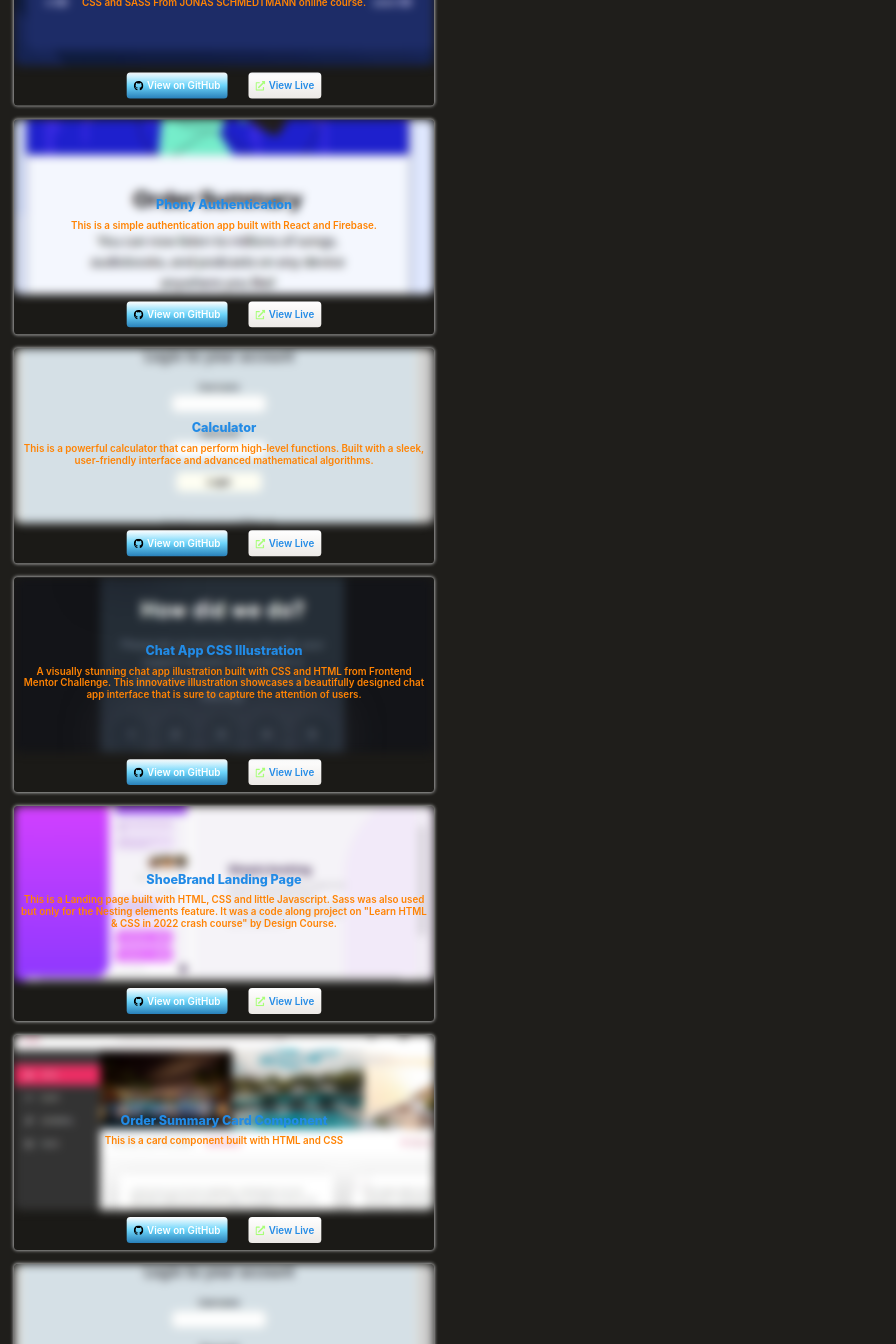
Repository: MikkyPrestige/portfolio
Page: /projects
An editor plug-in stored every save of this project. The page is shown before and after the next save, followed by the edit.
The browser window is 1280 px wide. The pictures show the part of the page from y = 1892 to 3812 px (the page is 4351 px tall), at 70% of full size.
The project was rebuilt for these pictures with package versions that can differ from the ones it lists, and the page was loaded fresh each time. Also part of the build but not shown: src/components/avatar.jsx, src/components/home.jsx, src/components/about.jsx, src/components/fallback.jsx.

Above is the page before, as saved 2023-02-21 20:27:46.

### public/index.html
<!DOCTYPE html>
<html lang="en">
  <head>
    <meta charset="utf-8" />
    <link rel="icon" href="%PUBLIC_URL%/favicon.ico" />
    <meta name="viewport" content="width=device-width, initial-scale=1" />
    <meta name="theme-color" content="#000000" />
    <meta
      name="description"
      content="Web site created using create-react-app"
    />
    <link rel="apple-touch-icon" href="%PUBLIC_URL%/logo192.png" />
    <!--
      manifest.json provides metadata used when your web app is installed on a
      user's mobile device or desktop. See https://developers.google.com/web/fundamentals/web-app-manifest/
    -->
    <link rel="manifest" href="%PUBLIC_URL%/manifest.json" />
    <!--
      Notice the use of %PUBLIC_URL% in the tags above.
      It will be replaced with the URL of the `public` folder during the build.
      Only files inside the `public` folder can be referenced from the HTML.

      Unlike "/favicon.ico" or "favicon.ico", "%PUBLIC_URL%/favicon.ico" will
      work correctly both with client-side routing and a non-root public URL.
      Learn how to configure a non-root public URL by running `npm run build`.
    -->
    <title>Elue Michael Portfolio</title>
  </head>
  <body>
    <noscript>You need to enable JavaScript to run this app.</noscript>
    <div id="root"></div>
    <!--
      This HTML file is a template.
      If you open it directly in the browser, you will see an empty page.

      You can add webfonts, meta tags, or analytics to this file.
      The build step will place the bundled scripts into the <body> tag.

      To begin the development, run `npm start` or `yarn start`.
      To create a production bundle, use `npm run build` or `yarn build`.
    -->
  </body>
</html>

### src/assets/styles/sass/main.scss
@import 'abstracts/variables';
@import 'base/utilities';
@import 'base/base';
@import 'layouts/header';
@import 'pages/home';
@import 'pages/about';
@import 'pages/projects';
@import 'base/animation';

// @media (prefers-reduced-motion: no-preference) {
//   .App-logo {
//     animation: App-logo-spin infinite 20s linear;
//   }
// }

// @keyframes App-logo-spin {
//   from {
//     transform: rotate(0deg);
//   }
//   to {
//     transform: rotate(360deg);
//   }
// }

### src/components/projects.jsx
import { Link } from "react-router-dom";
import { FaGithub } from "react-icons/fa";
import { FaExternalLinkAlt } from "react-icons/fa";

const Projects = () => {
  return (
    <div className="project">
      <h1 className="project--title">My Works</h1>
      <div className="project--wrapper">
        <div className="project--card">
          <div className="project--card__blur project--card__blur-1"></div>
          <div className="project--card__content">
            <h2 className="project--card__content__title">GitHub Repository App</h2>
            <p className="project--card__content__desc">
            This is a React-based web app that utilizes the GitHub API to showcase a user's repositories. With its sleek and intuitive interface, this app allows users to easily view all of their repositories in one place, including details such as the name, description, and number of stars.
            </p>
          </div>
          <div className="project--card__links">
            <Link
              to={{ pathname: "https://github.com/MeekyBerry/RandomPeopleApp" }}
              target="_blank"
              className="project--card__links__link github-link-bg"
            >
              <FaGithub style={{ color: "#000"}} />
              View on GitHub
            </Link>
            <Link
              to={{ pathname: "https://randompeopleapp.vercel.app" }}
              target="_blank"
              className="project--card__links__link live-link-bg blue-markup"
            >
              <FaExternalLinkAlt style={{ color: "#a8ff78"}} />
              View Live
            </Link>
          </div>
        </div>
        <div className="project--card">
          <div className="project--card__blur project--card__blur-2"></div>
          <div className="project--card__content">
            <h2 className="project--card__content__title">Phonie App</h2>
            <p className="project--card__content__desc">
              The Phonie Project is a web-based application created by the team
              "Phantom_Devz" that determines the telecom carrier based on a
              phone number entered by the user
            </p>
          </div>
          <div className="project--card__links">
            <Link
              to={{
                pathname:
                  "https://github.com/MeekyBerry/Phonie-project-Phantom_Devz",
              }}
              target="_blank"
              className="project--card__links__link github-link-bg"
            >
              <FaGithub style={{ color: "#000"}} />
              View on GitHub
            </Link>
            <Link
              to={{ pathname: "https://phantom-devz-phonie.netlify.app/" }}
              target="_blank"
              className="project--card__links__link live-link-bg blue-markup"
            >
              <FaExternalLinkAlt style={{ color: "#a8ff78"}} />
              View Live
            </Link>
          </div>
        </div>
        <div className="project--card">
          <div className="project--card__blur project--card__blur-3"></div>
          <div className="project--card__content">
            <h2 className="project--card__content__title">
              RandomPeopleApp
            </h2>
            <p className="project--card__content__desc">
            This is a web app that uses firebase authentication and displays
              random people data generated from randomuser API. (built with
              React).
            </p>
          </div>
          <div className="project--card__links">
            <Link
              to={{
                pathname:
                  "https://github.com/MeekyBerry/Frontend-Mentor-challenges/tree/main/chat-app-css-illustration",
              }}
              target="_blank"
              className="project--card__links__link github-link-bg"
            >
              <FaGithub style={{ color: "#000"}} />
              View on GitHub
            </Link>
            <Link
              to={{ pathname: "https://chat-app-css-project.netlify.app/" }}
              target="_blank"
              className="project--card__links__link live-link-bg blue-markup"
            >
              <FaExternalLinkAlt style={{ color: "#a8ff78"}} />
              View Live
            </Link>
          </div>
        </div>
        <div className="project--card">
          <div className="project--card__blur project--card__blur-4"></div>
          <div className="project--card__content">
            <h2 className="project--card__content__title">
              Interactive Rating Component
            </h2>
            <p className="project--card__content__desc">
            An interactive rating component built with HTML, CSS, and JavaScript. This is a small project to practice handling user interactions and updating the DOM.
            </p>
          </div>
          <div className="project--card__links">
            <Link
              to={{
                pathname:
                  "https://github.com/MeekyBerry/Advanced-CSS-Sass-Course-Projects/tree/master/Natours-project",
              }}
              target="_blank"
              className="project--card__links__link github-link-bg"
            >
              <FaGithub style={{ color: "#000"}} />
              View on GitHub
            </Link>
            <Link
              to={{ pathname: "https://natour-landing-page.netlify.app/" }}
              target="_blank"
              className="project--card__links__link live-link-bg blue-markup"
            >
              <FaExternalLinkAlt style={{ color: "#a8ff78"}} />
              View Live
            </Link>
          </div>
        </div>
        <div className="project--card">
          <div className="project--card__blur project--card__blur-5"></div>
          <div className="project--card__content">
            <h2 className="project--card__content__title">
              Natours Landing Page
            </h2>
            <p className="project--card__content__desc">
            This is a landing page for a fictional company called Natours. It
              was built with HTML, CSS and SASS From JONAS SCHMEDTMANN online course.
            </p>
          </div>
          <div className="project--card__links">
            <Link
              to={{
                pathname:
                  "https://github.com/MeekyBerry/exam-project-altschoolafrica",
              }}
              target="_blank"
              className="project--card__links__link github-link-bg"
            >
              <FaGithub style={{ color: "#000"}} />
              View on GitHub
            </Link>
            <Link
              to={{ pathname: "https://github-repos-display.vercel.app/" }}
              target="_blank"
              className="project--card__links__link live-link-bg blue-markup"
            >
              <FaExternalLinkAlt style={{ color: "#a8ff78"}} />
              View Live
            </Link>
          </div>
        </div>
        <div className="project--card">
          <div className="project--card__blur project--card__blur-6"></div>
          <div className="project--card__content">
            <h2 className="project--card__content__title">
              Trillo Landing Page
            </h2>
            <p className="project--card__content__desc">
              This is a landing page for a fictional company called Trillo. It
              was built with HTML, CSS and SASS From JONAS SCHMEDTMANN online course.
            </p>
          </div>
          <div className="project--card__links">
            <Link
              to={{
                pathname:
                  "https://github.com/MeekyBerry/Advanced-CSS-Sass-Course-Projects/tree/master/Trillow-project",
              }}
              target="_blank"
              className="project--card__links__link github-link-bg"
            >
              <FaGithub style={{ color: "#000"}} />
              View on GitHub
            </Link>
            <Link
              to={{
                pathname: "https://fantastic-crostata-3e9a02.netlify.app/",
              }}
              target="_blank"
              className="project--card__links__link live-link-bg blue-markup"
            >
              <FaExternalLinkAlt style={{ color: "#a8ff78"}} />
              View Live
            </Link>
          </div>
        </div>
        <div className="project--card">
          <div className="project--card__blur project--card__blur-7"></div>
          <div className="project--card__content">
            <h2 className="project--card__content__title">
              Phony Authentication
            </h2>
            <p className="project--card__content__desc">
              This is a simple authentication app built with React and Firebase.
            </p>
          </div>
          <div className="project--card__links">
            <Link
              to={{
                pathname:
                  "https://github.com/MeekyBerry/fake-user-authentication",
              }}
              target="_blank"
              className="project--card__links__link github-link-bg"
            >
              <FaGithub style={{ color: "#000"}} />
              View on GitHub
            </Link>
            <Link
              to={{ pathname: "https://fake-auth.vercel.app/" }}
              target="_blank"
              className="project--card__links__link live-link-bg blue-markup"
            >
              <FaExternalLinkAlt style={{ color: "#a8ff78"}} />
              View Live
            </Link>
          </div>
        </div>
        <div className="project--card">
          <div className="project--card__blur project--card__blur-8"></div>
          <div className="project--card__content">
            <h2 className="project--card__content__title">Calculator</h2>
            <p className="project--card__content__desc">
            This is a powerful calculator that can perform high-level functions. Built with a sleek, user-friendly interface and advanced mathematical algorithms.
            </p>
          </div>
          <div className="project--card__links">
            <Link
              to={{ pathname: "https://github.com/MeekyBerry/calculator" }}
              target="_blank"
              className="project--card__links__link github-link-bg"
            >
              <FaGithub style={{ color: "#000"}} />
              View on GitHub
            </Link>
            <Link
              to={{ pathname: "https://calculator-omega-murex.vercel.app/" }}
              target="_blank"
              className="project--card__links__link live-link-bg blue-markup"
            >
              <FaExternalLinkAlt style={{ color: "#a8ff78"}} />
              View Live
            </Link>
          </div>
        </div>
        <div className="project--card">
          <div className="project--card__blur project--card__blur-9"></div>
          <div className="project--card__content">
            <h2 className="project--card__content__title">
            Chat App CSS Illustration
            </h2>
            <p className="project--card__content__desc">
            A visually stunning chat app illustration built with CSS and HTML from Frontend Mentor Challenge. This innovative illustration showcases a beautifully designed chat app interface that is sure to capture the attention of users.
            </p>
          </div>
          <div className="project--card__links">
            <Link
              to={{
                pathname:
                  "https://github.com/MeekyBerry/Frontend-Mentor-challenges/tree/main/interactive-rating-component",
              }}
              target="_blank"
              className="project--card__links__link github-link-bg"
            >
              <FaGithub style={{ color: "#000"}} />
              View on GitHub
            </Link>
            <Link
              to={{
                pathname:
                  "https://interactive-ratings-component-project.netlify.app/",
              }}
              target="_blank"
              className="project--card__links__link live-link-bg blue-markup"
            >
              <FaExternalLinkAlt style={{ color: "#a8ff78"}} />
              View Live
            </Link>
          </div>
        </div>
        <div className="project--card">
          <div className="project--card__blur project--card__blur-10"></div>
          <div className="project--card__content">
            <h2 className="project--card__content__title">
              ShoeBrand Landing Page
            </h2>
            <p className="project--card__content__desc">
            This is a Landing page built with HTML, CSS and little Javascript. Sass was also used but only for the Nesting elements feature. It was a code along project on "Learn HTML & CSS in 2022 crash course" by Design Course.
            </p>
          </div>
          <div className="project--card__links">
            <Link
              to={{
                pathname:
                  "https://github.com/MeekyBerry/Frontend-Mentor-challenges/tree/main/fylo-data-store-layout",
              }}
              target="_blank"
              className="project--card__links__link github-link-bg"
            >
              <FaGithub style={{ color: "#000"}} />
              View on GitHub
            </Link>
            <Link
              to={{ pathname: "https://fylo-data-store-layout.netlify.app/" }}
              target="_blank"
              className="project--card__links__link live-link-bg blue-markup"
            >
              <FaExternalLinkAlt style={{ color: "#a8ff78"}} />
              View Live
            </Link>
          </div>
        </div>
        <div className="project--card">
          <div className="project--card__blur project--card__blur-11"></div>
          <div className="project--card__content">
            <h2 className="project--card__content__title">
              Order Summary Card Component
            </h2>
            <p className="project--card__content__desc">
              This is a card component built with HTML and CSS
            </p>
          </div>
          <div className="project--card__links">
            <Link
              to={{
                pathname:
                  "https://github.com/MeekyBerry/Frontend-Mentor-challenges/tree/main/order-summary-card-component",
              }}
              target="_blank"
              className="project--card__links__link github-link-bg"
            >
              <FaGithub style={{ color: "#000"}} />
              View on GitHub
            </Link>
            <Link
              to={{
                pathname: "https://order-summary-card-project.netlify.app/",
              }}
              target="_blank"
              className="project--card__links__link live-link-bg blue-markup"
            >
              <FaExternalLinkAlt style={{ color: "#a8ff78"}} />
              View Live
            </Link>
          </div>
        </div>
        <div className="project--card">
          <div className="project--card__blur project--card__blur-13"></div>
          <div className="project--card__content">
            <h2 className="project--card__content__title">
              Stats Preview Card Component
            </h2>
            <p className="project--card__content__desc">
              This is a card component built with HTML and CSS
            </p>
          </div>
          <div className="project--card__links">
            <Link
              to={{
                pathname:
                  "https://github.com/MeekyBerry/Frontend-Mentor-challenges/tree/main/stats-preview-card-compo",
              }}
              target="_blank"
              className="project--card__links__link github-link-bg"
            >
              <FaGithub style={{ color: "#000"}} />
              View on GitHub
            </Link>
            <Link
              to={{
                pathname: "https://stats-preview-card-project.netlify.app/",
              }}
              target="_blank"
              className="project--card__links__link live-link-bg blue-markup"
            >
              <FaExternalLinkAlt style={{ color: "#a8ff78"}} />
              View Live
            </Link>
          </div>
        </div>
        <div className="project--card">
          <div className="project--card__blur project--card__blur-14"></div>
          <div className="project--card__content">
            <h2 className="project--card__content__title">
              Shoe Brand Landing Page
            </h2>
            <p className="project--card__content__desc">
              This is a landing page for a shoe brand built with HTML and CSS
            </p>
          </div>
          <div className="project--card__links">
            <Link
              to={{
                pathname:
                  "https://github.com/MeekyBerry/Shoe-brand-landing-page",
              }}
              target="_blank"
              className="project--card__links__link github-link-bg"
            >
              <FaGithub style={{ color: "#000"}} />
              View on GitHub
            </Link>
            <Link
              to={{ pathname: "https://shoe-brand-landing-page.netlify.app/" }}
              target="_blank"
              className="project--card__links__link live-link-bg blue-markup"
            >
              <FaExternalLinkAlt style={{ color: "#a8ff78"}} />
              View Live
            </Link>
          </div>
        </div>
      </div>
    </div>
  );
};

export default Projects;

### src/assets/styles/sass/base/_utilities.scss
.github-link-bg {
  background: linear-gradient(to top, var(--dark-blue--1), var(--light-blue--2), var(--color--white));
}

.live-link-bg {
  background: linear-gradient(to top, var(--color--white-2), var(--color--white));
}

.blue-markup {
  color: var(--blue-cyan) !important;
}

### src/assets/styles/sass/base/_base.scss
*,
*::after,
*::before {
  margin: 0;
  padding: 0;
  box-sizing: border-box;
}

html {
  font-size: 62.5%;
  font-family: var(--font-family);
  color: var(--color-white);
  background-color: var(--color--bg);
}

::selection {
  background-color: var(--color-primary);
  color: var(--color-white);
}

### src/assets/styles/sass/pages/home.scss
.home {
  width: 100%;
  height: 100vh;
  background: radial-gradient(100% 100% at 50% 100%, var(--color--bg-dark-2) 21.52%, var(--color--bg-dark) 100%);

  &--contents {
    display: flex;
    flex-direction: column;
    justify-content: center;
    align-items: center;
    padding: 3rem 5rem;
    gap: 3rem;
  }

  &--content {
    display: flex;
    flex-direction: column;
    align-items: flex-start;
    padding: 0;
    gap: .5rem;

    &__title {
      font-family: var(--font-family--secondary);
      font-size: var(--font-size--x-large);
      font-weight: var(--font-weight--boldest);
      color: var(--dark-blue);
    }

    &__subtitle {
      font-family: var(--font-family--secondary);
      font-size: var(--font-size--large);
      font-weight: var(--font-weight--bold);
      color: var(--color--text);
    }

    &__desc {
      font-family: var(--font-family--secondary);
      font-size: var(--font-size--small);
      font-weight: var(--font-weight--regular);
      color: var(--color--white-1);
    }
  }

  &--avatar {
    border-radius: 5%;
    -webkit-border-radius: 5%;
    -moz-border-radius: 5%;
    -ms-border-radius: 5%;
    -o-border-radius: 5%;
    background-image: radial-gradient(circle, var(--blue-cyan) 5%, var(--light-blue--1) 95%);
  }
}

### src/assets/styles/sass/base/_animation.scss
//  INFINITE HEARTBEAT PAUSE ANIMATION

@keyframes Heartbeat {
  0% {
    transform: scale(1);
    -webkit-transform: scale(1);
    -moz-transform: scale(1);
    -ms-transform: scale(1);
    -o-transform: scale(1);
  }

  50% {
    transform: scale(1.05);
    -webkit-transform: scale(1.05);
    -moz-transform: scale(1.05);
    -ms-transform: scale(1.05);
    -o-transform: scale(1.05);
  }

  100% {
    transform: scale(1);
    -webkit-transform: scale(1);
    -moz-transform: scale(1);
    -ms-transform: scale(1);
    -o-transform: scale(1);
  }
}

Loaded but not shown: src/index.css (common file); src/reportWebVitals.js (common file); src/index.js (21 lines, source omitted); src/App.js (22 lines, source omitted); src/components/layout.jsx (141 lines, source omitted); src/assets/styles/sass/pages/_projects.scss (165 lines, source omitted); src/assets/styles/sass/pages/_about.scss (158 lines, source omitted); src/assets/styles/sass/layouts/_header.scss (111 lines, source omitted); src/assets/styles/sass/abstracts/_variables.scss (67 lines, source omitted)

After the next save:
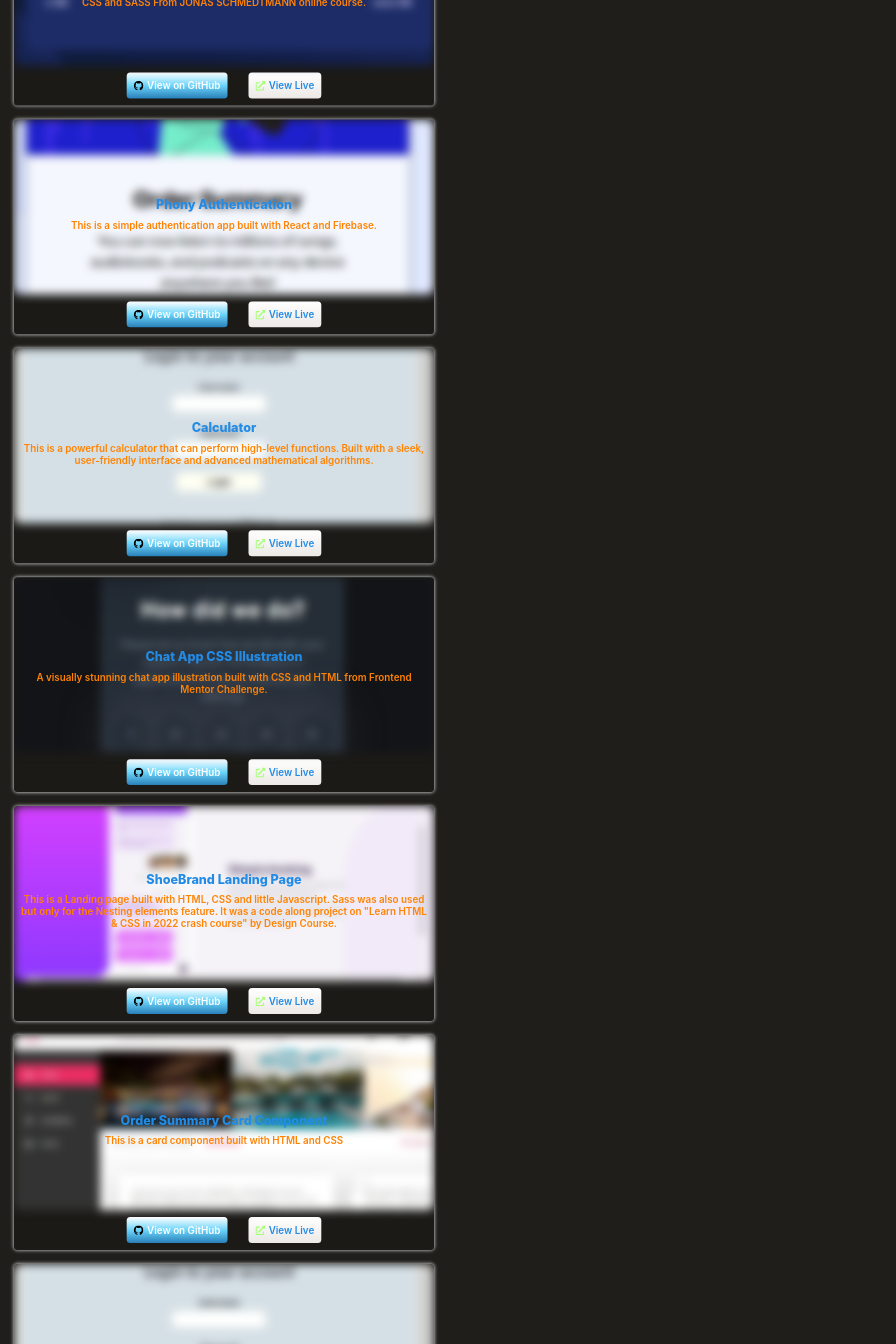
Saved 60 s later.
--- a/src/components/projects.jsx
+++ b/src/components/projects.jsx
@@ -266,7 +266,7 @@ const Projects = () => {
             Chat App CSS Illustration
             </h2>
             <p className="project--card__content__desc">
-            A visually stunning chat app illustration built with CSS and HTML from Frontend Mentor Challenge. This innovative illustration showcases a beautifully designed chat app interface that is sure to capture the attention of users.
+            A visually stunning chat app illustration built with CSS and HTML from Frontend Mentor Challenge.
             </p>
           </div>
           <div className="project--card__links">
